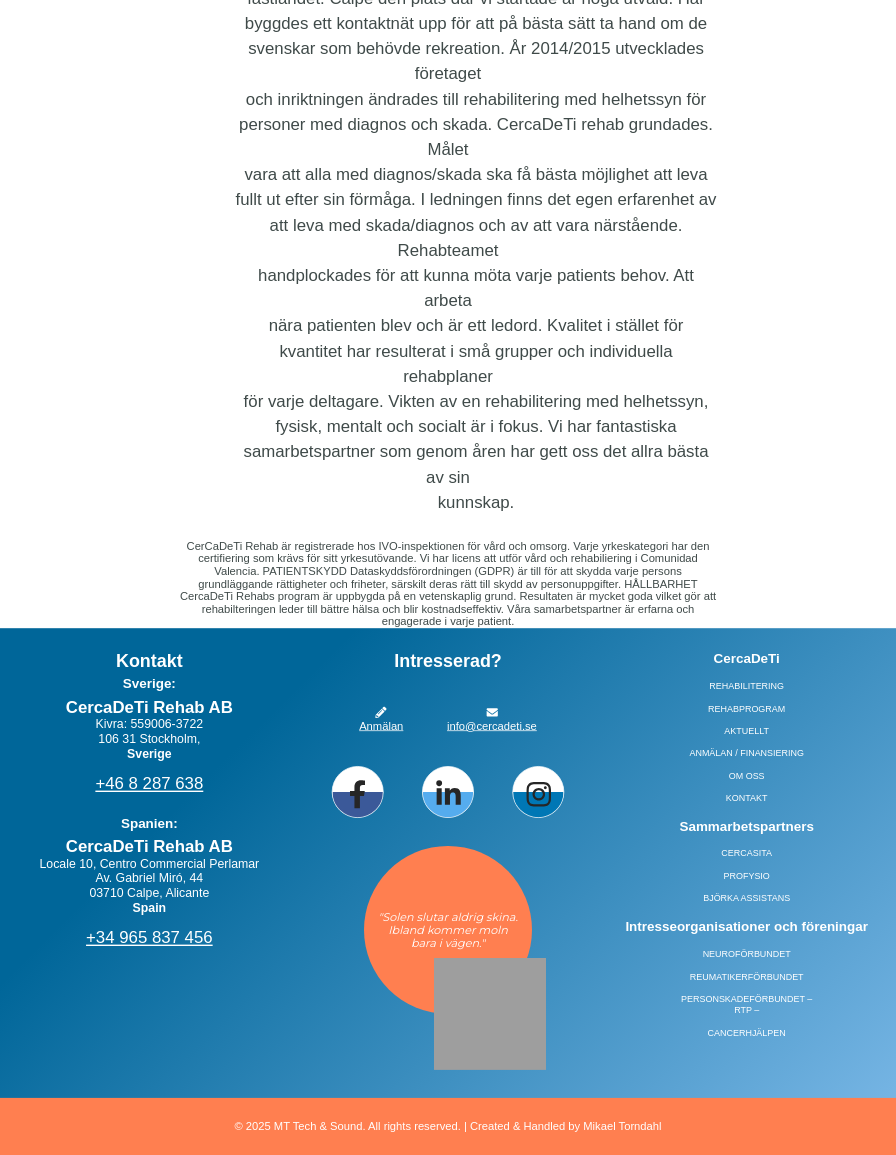
Repository: micketorndahl/CercaDeTi-rehab
Page: om-oss.html
An editor plug-in stored every save of this project. The page is shown before and after the next save, followed by the edit.
The browser window is 1280 px wide. The pictures show the part of the page from y = 1029 to 2949 px (the page is 2679 px tall before and 2949 px after), at 70% of full size.
Pictures or frames that could not be fetched are drawn as grey boxes. The page's requests for data from a server got no answer. Backgrounds fixed to the window are drawn as part of the page. Some web fonts or font styles are not loaded; a fallback is used. Some web libraries are served in a nearby version.

Above is the page before, as saved 2025-02-01 22:52:34.
Console error: TypeError: Cannot read properties of null (reading 'addEventListener')

### om-oss.html
<!DOCTYPE html>
<html lang="en">
  <head>
    <meta charset="UTF-8" />
    <meta name="viewport" content="width=device-width, initial-scale=1.0" />

    <link
      rel="stylesheet"
      href="https://use.fontawesome.com/releases/v5.6.3/css/all.css"
      integrity="sha384-UHRtZLI+pbxtHCWp1t77Bi1L4ZtiqrqD80Kn4Z8NTSRyMA2Fd33n5dQ8lWUE00s/"
      crossorigin="anonymous"
    />

    <script src="https://cdnjs.cloudflare.com/ajax/libs/font-awesome/5.15.4/js/all.min.js"></script>

    <link rel="stylesheet" href="style.css" />
    <link rel="stylesheet" href="tailwind.css" />
    <title>CercaDeTi Rehab</title>
  </head>
  <body>
    <div class="site-container">
      <header class="header">
        <div class="logo-wrapper">
          <div class="logo">
            <div class="logo-and-text">
              <a href="index.html">
                <img src="/images/cropped-CDTR.gif" alt="Logo" />
                <h1 class="cercadeti">CercaDeTi Rehab</h1>
              </a>
            </div>
          </div>
        </div>

        <nav class="main-nav">
          <div class="nav-container">
            <ul>
              <li>
                <a href="rehabilitering.html">Rehabilitering</a>
              </li>
              <li><a href="rehabprogram.html">Rehabprogram</a></li>
              <li><a href="aktuellt.html">Aktuellt</a></li>
              <li><a href="anmalan-finans.html">Anmälan / Finansiering</a></li>
              <li><a href="om-oss.html" class="active">Om oss</a></li>
              <li><a href="kontakt.html">Kontakt</a></li>
            </ul>
          </div>
        </nav>

        <div class="social-container">
          <div class="social">
            <ul>
              <li>
                <a href="https://www.facebook.com/CercadetiRehab/"
                  ><i class="fab fa-facebook-f icon"></i
                ></a>
              </li>
              <li>
                <a href="https://www.linkedin.com/company/cercadeti-rehab-ab"
                  ><i class="fab fa-linkedin-in icon"></i
                ></a>
              </li>
              <li>
                <a href="https://www.instagram.com/cercadetirehab/"
                  ><i class="fab fa-instagram icon"></i
                ></a>
              </li>
            </ul>
          </div>
        </div>
      </header>

      <div class="banner" id="banner-om-oss">
        <div class="banner-content">
          <h2 class="slogan">Om oss</h2>
          <div class="ctas-container">
            <a href="#company" class="button-CTA">Företag</a>
            <a href="#personal" class="button-CTA">Personal</a>
          </div>
        </div>
      </div>

      <div class="content">
        <aside class="sidebar-left"></aside>
        <section class="main">
          <h2>CercaDeTi Rehab</h2>
          <p>
            CercaDeTi grundades 2012 i syfte att anordna rekreation på spanska
            fastlandet. Calpe den plats där vi startade är noga utvald. Här
            byggdes ett kontaktnät upp för att på bästa sätt ta hand om de
            svenskar som behövde rekreation. År 2014/2015 utvecklades företaget
            och inriktningen ändrades till rehabilitering med helhetssyn för
            personer med diagnos och skada. CercaDeTi rehab grundades. Målet
            vara att alla med diagnos/skada ska få bästa möjlighet att leva
            fullt ut efter sin förmåga. I ledningen finns det egen erfarenhet av
            att leva med skada/diagnos och av att vara närstående. Rehabteamet
            handplockades för att kunna möta varje patients behov. Att arbeta
            nära patienten blev och är ett ledord. Kvalitet i stället för
            kvantitet har resulterat i små grupper och individuella rehabplaner
            för varje deltagare. Vikten av en rehabilitering med helhetssyn,
            fysisk, mentalt och socialt är i fokus. Vi har fantastiska
            samarbetspartner som genom åren har gett oss det allra bästa av sin
            kunnskap.
          </p>
          CerCaDeTi Rehab är registrerade hos IVO-inspektionen för vård och
          omsorg. Varje yrkeskategori har den certifiering som krävs för sitt
          yrkesutövande. Vi har licens att utför vård och rehabiliering i
          Comunidad Valencia. PATIENTSKYDD Dataskyddsförordningen (GDPR) är till
          för att skydda varje persons grundläggande rättigheter och friheter,
          särskilt deras rätt till skydd av personuppgifter. HÅLLBARHET
          CercaDeTi Rehabs program är uppbygda på en vetenskaplig grund.
          Resultaten är mycket goda vilket gör att rehabilteringen leder till
          bättre hälsa och blir kostnadseffektiv. Våra samarbetspartner är
          erfarna och engagerade i varje patient.
        </section>
        <aside class="sidebar-right">
          <h3></h3>
          <p></p>
        </aside>
      </div>

      <!-- FOOTER START -->
      <footer class="footer-container">
        <div class="footer-top">
          <div class="footarea1 footer-shared">
            <h3>Kontakt</h3>

            <address class="address-shared address-se">
              <h5>Sverige:</h5>
              <strong
                ><span class="address-company-name"
                  >CercaDeTi Rehab AB</span
                ></strong
              ><br />
              <span class="address-location">Kivra: 559006-3722</span><br />
              <span class="address-city">106 31 Stockholm,</span><br />
              <span class="address-country"
                ><strong>Sverige</strong><br
              /></span>
              <br />
              <span class="telephone"
                ><a href="tel:+468287638">+46 8 287 638</a></span
              >
            </address>

            <div class="address-shared address-es">
              <address>
                <h5>Spanien:</h5>
                <strong
                  ><span class="address-company-name"
                    >CercaDeTi Rehab AB</span
                  > </strong
                ><br />
                <span class="address-location"
                  >Locale 10, Centro Commercial Perlamar</span
                ><br />
                <span class="address-street">Av. Gabriel Miró, 44</span><br />
                <span class="address-city">03710 Calpe, Alicante<br /></span>
                <span class="address-country"
                  ><strong>Spain</strong><br
                /></span>
                <br />
                <span class="telephone"
                  ><a href="tel:+34965837456">+34 965 837 456</a></span
                >
              </address>
            </div>
          </div>
          <div class="footarea2 footer-shared">
            <h3>Intresserad?</h3>
            <div class="footarea2-links">
              <a href="anmalan-form.html"
                ><i class="fas fa-pencil-alt"></i> Anmälan</a
              >
              <a href="mailto:info@cercadeti.se"
                ><i class="fas fa-envelope"></i> info@cercadeti.se</a
              >
            </div>
            <div class="social-footer">
              <ul>
                <li>
                  <a href="https://www.facebook.com/CercadetiRehab/">
                    <i class="fab fa-facebook-f icon"></i>
                  </a>
                </li>

                <li>
                  <a href="https://www.linkedin.com/company/cercadeti-rehab-ab"
                    ><i class="fab fa-linkedin-in icon"></i
                  ></a>
                </li>
                <li>
                  <a href="https://www.instagram.com/cercadetirehab/"
                    ><i class="fab fa-instagram icon"></i
                  ></a>
                </li>
              </ul>
            </div>
            <div class="image-container-footer">
              <div class="image-wrapper">
                <p class="footer-quote">
                  "Solen slutar aldrig skina. Ibland kommer moln bara i vägen."
                </p>
                <img src="images/weelchair.icon.png" alt="wheelchair-icon" />
              </div>
            </div>
          </div>
          <div class="footarea3 footer-shared">
            <nav class="footer-nav">
              <div class="link-column1">
                <h4>CercaDeTi</h4>
                <ul>
                  <li><a href="rehabilitering.html">Rehabilitering</a></li>
                  <li><a href="rehabprogram.html">Rehabprogram</a></li>
                  <li><a href="aktuellt.html">Aktuellt</a></li>
                  <li>
                    <a href="anmalan-finans.html">Anmälan / Finansiering</a>
                  </li>
                  <li><a href="om-oss.html">Om oss</a></li>
                  <li><a href="kontakt.html">Kontakt</a></li>
                </ul>
              </div>

              <div class="link-column2">
                <h4>Sammarbetspartners</h4>
                <ul>
                  <li><a href="https://cercasita.com/">Cercasita</a></li>
                  <li><a href="https://profysio.es/">ProFysio</a></li>
                  <li>
                    <a href="https://www.bjorka-assistans.se/"
                      >Björka Assistans</a
                    >
                  </li>
                </ul>
              </div>

              <div class="link-column3">
                <h4>Intresseorganisationer och föreningar</h4>
                <ul>
                  <li><a href="https://neuro.se/">Neuroförbundet</a></li>
                  <li>
                    <a href="https://reumatiker.se/">Reumatikerförbundet</a>
                  </li>
                  <li>
                    <a href="https://rtp.se/">Personskadeförbundet – RTP – </a>
                  </li>
                  <li>
                    <a href="http://www.cancerhjalpen.se/">Cancerhjälpen</a>
                  </li>
                </ul>
              </div>
            </nav>
          </div>
        </div>
        <div class="footer-bottom">
          <div class="copyright">
            &copy; 2025 MT Tech &amp; Sound. All rights reserved. | Created
            &amp; Handled by Mikael Torndahl
          </div>
          <div class="additional-info"></div>
        </div>
      </footer>
      <!-- FOOTER END -->
    </div>
    <!-- SCRIPT SRCS -->
    <script src="js/script.js"></script>
    <script src="js/weather-api.js"></script>
  </body>
</html>

### style.css
@import url("css/reset.css");
@import url("css/standard.css");
@import url("css/variables.css");
@import url("css/typography.css");
@import url("css/layout.css");
@import url("css/navigation.css");
@import url("css/post.css");
@import url("css/footer.css");
@import url("css/searchbox.css");
@import url("css/page-templates.css");
@import url("css/mq-tablet.css");
@import url("css/mq-phone.css");
@import url("css/effects.css");

### css/standard.css
/*
/* STANDARD
*/

html {
  scroll-behavior: smooth;
}

a {
  text-decoration: none;
}

[class*="fa"]:not([class*="fab"]) {
  display: block;
  margin: 0 auto;
  padding: 0.2rem;
}

### css/variables.css
/*
/* VARIABLES */
/*
*/

@import url("https://fonts.googleapis.com/css2?family=Titillium+Web:wght@100;200;300;400;500;600;700;800;900&family=Pontano+Sans&family=Oswald:wght@200;300;400;500;600;700&family=Lato:wght@100;300;400;700;900&family=Roboto:wght@100;300;400;500;700;900&family=Open+Sans:wght@300;400;600;700;800&family=Raleway:wght@100;200;300;400;500;600;700;800;900&family=Montserrat:wght@100;200;300;400;500;600;700;800;900&family=Poppins:wght@100;200;300;400;500;600;700;800;900&family=Nunito:wght@200;300;400;600;700;800;900&family=Lora:wght@400;500;600;700&family=Merriweather:wght@300;400;700;900&family=Playfair+Display:wght@400;500;600;700;800;900&family=Crimson+Text:wght@400;600;700&family=Josefin+Sans:wght@100;200;300;400;500;600;700&family=Cabin:wght@400;500;600;700&family=Alegreya:wght@400;500;600;700;800;900&family=Cormorant:wght@300;400;500;600;700&family=Cinzel:wght@400;500;600;700;800;900&family=Bitter:wght@400;500;600;700&family=Arvo:wght@400;500;600;700&family=Abril+Fatface&family=Caveat:wght@400;500;600;700&family=Dancing+Script:wght@400;500;600;700&family=Great+Vibes&display=swap");
@import url("https://fonts.googleapis.com/css2?family=Alata&display=swap");

:root {
  /* Colors */
  --background-color-dark: #1a1a1a;
  --background-color-white: #fff;
  --background-color-white2: #f8f8ff;
  --background-color-white3: hsl(0, 0%, 98%);
  --background-color-light-blue: hsl(200, 100%, 50%);
  --background-color-light-blue2: hsl(200, 100%, 40%);
  --background-color-blue: linear-gradient(
    135deg,
    var(--color-quaternary) 25%,
    var(--color-tertiary) 100%
  );
  --background-color-blue2: hsl(200, 100%, 30%);
  --background-color-blue3: hsla(200, 62.3%, 47.8%, 0.8);
  --background-color-white: hsla(0, 0%, 100%, 0.7);
  --color-primary: hsl(200, 100%, 40%);
  --color-secondary: #ff7f50;
  --color-tertiary: #7cb9e8;
  --color-quaternary: hsl(200, 100%, 30%);
  --color-five: rgb(232, 73, 10);
  --color-six: hsl(200, 88.1%, 16.5%);
  --text-light: rgb(244, 244, 244);
  --text-gray: #3f4a49;
  --text-dark: #0d0d0d;
  --dimwhite: #eee;
  --dullwhite: hsla(0, 0%, 100%, 0.8);
  --white: #fff;
  --ghost-white: #f8f8ff;
  --black: #000;
  --dark: #222;
  --darkgray: #a9a9a9;
  --darkgray2: #333333;
  --charcoal: #4a4a4a;
  --gray-paragraph: hsla(174.55, 8.03%, 26.86%, 1);
  --hovercolor: rgba(0, 0, 0, 0.06);

  /* Fonts */

  --font-primary: "Titillium Web", sans-serif;
  --font-secondary: "Pontano Sans", sans-serif;
  --font-tertiary: "Oswald", sans-serif;
  --font-quaternary: "Lato", sans-serif;
  --font-five: "Roboto", sans-serif;
  --font-six: "Open Sans", sans-serif;
  --font-seven: "Raleway", sans-serif;
  --font-eight: "Montserrat", sans-serif;
  --font-nine: "Poppins", sans-serif;
  --font-ten: "Nunito", sans-serif;
  --font-eleven: "Lora", serif;
  --font-twelve: "Merriweather", serif;
  --font-thirteen: "Playfair Display", serif;
  --font-fourteen: "Crimson Text", serif;
  --font-fifteen: "Josefin Sans", sans-serif;
  --font-sixteen: "Cabin", sans-serif;
  --font-seventeen: "Alegreya", serif;
  --font-eighteen: "Cormorant", serif;
  --font-nineteen: "Cinzel", serif;
  --font-twenty: "Bitter", serif;
  --font-twentyone: "Arvo", serif;
  --font-twentytwo: "Abril Fatface", cursive;
  --font-twentythree: "Caveat", cursive;
  --font-twentyfour: "Dancing Script", cursive;
  --font-twentyfive: "Great Vibes", cursive;
  --font-twentysix: "Alata", sans-serif;
}

### css/typography.css
/*
/* HEADLINES
*/

body {
  background-color: var(--white);
  color: var(--gray-paragraph);
  font-style: normal;
}

.content p,
.container-index p {
  font-size: 1.5rem;
  font-weight: 300;
  white-space: pre-wrap;
  text-align: center;
  margin: 0.5rem;
  word-wrap: break-word;
  line-height: 1.5;
}

body,
.content p,
container-index p,
.address-company-name,
address span,
h1,
h2,
h3,
h4,
h5,
h6 {
  font-family: var(--font-secondary), sans-serif;
  margin: 0;
  padding: 0;
}

h1,
h2,
h3,
h4,
h5,
h6 {
  font-weight: bold;
}

h1 {
  font-size: 2rem;
}
h2 {
  font-size: calc(5rem + 1vw);
}

h3 {
  font-size: 1.6rem;
  color: var(--white);
  margin-bottom: 0.5rem;
}
h4 {
  font-size: 1.2rem;
  color: var(--white);
  margin-bottom: 0.5rem;
}
h5 {
  font-size: 1.2rem;
  font-style: normal;
  padding: 0;
}
h6 {
  font-size: 1rem;
}

.banner-content h2 {
  font-family: var(--font-ten), sans-serif;
  font-size: 6rem;
  font-style: bold;
  line-height: 1.2;
  margin-top: 0.5rem;
  color: var(--white);
}

.address-company-name {
  font-size: 1.5rem;
  font-weight: bold;
  font-style: normal;
}

address span {
  font-style: normal;
  font-size: 1.1rem;
  font-weight: 400;
  margin: 0;
  padding: 0;
}

.info-text {
  color: var(--darkgray);
}

### css/navigation.css
/* NAV */

.main-nav {
  display: flex;
  justify-content: center;
  align-items: center;
  padding: 0;
  flex-grow: 0;
  flex-shrink: 0;
}

nav.main-nav ul {
  display: flex;
  margin: 0;
  padding: 0;
}

nav.main-nav ul li {
  list-style: none;
  margin: 0 1rem;
}

.main-nav a {
  position: relative;
  display: inline-block;
  padding: 0.5rem;
  text-decoration: none;
  transition: color 0.2s ease-in-out;
}

nav.main-nav ul li a {
  font-family: var(--font-secondary), sans-serif;
  font-size: 18px;
  font-weight: 400;
  line-height: 1rem;
  /* Slightly darker default color */
  color: var(--dullwhite);
  text-decoration: none;
  transition: all 0.4s ease-in-out;
}

nav.main-nav ul li a:hover {
  color: var(--white); /* Brighter on hover */
}

nav.main-nav ul li a.active {
  color: var(--white); /* Brightest when active */
}

nav.main-nav ul li a.active::after {
  content: "";
  position: absolute;
  left: 0;
  bottom: -4px;
  width: 100%;
  height: 1px; /* Adjusted height here */
  background-color: var(--white);
  border-radius: 2px;
  transition: transform 0.3s ease, background-color 0.3s ease;
}

/* Hover underline that grows from the left */
nav.main-nav ul li a::after {
  content: "";
  position: absolute;
  left: 0;
  bottom: -4px;
  width: 0;
  height: 1px;
  background-color: var(--white);
  border-radius: 2px;
  transition: width 0.6s ease, background-color 0.6s ease;
  opacity: 0;
}

nav.main-nav ul li a:hover::after {
  width: 100%;
  opacity: 1;
  height: 1px;
}

/* Active link styles */
nav.main-nav ul li a.active::after {
  width: 100%;
  height: 2px; /* Adjusted height here */
  opacity: 1;
}

.social-container {
  display: flex;
  justify-content: center;
  align-items: center;
  flex-grow: 1;
  flex-shrink: 1;
}

.social ul {
  display: flex;
  justify-content: space-evenly;
  margin: 0;
}

.social li {
  margin: 0.5rem;
}

.ctas-container {
  display: flex; /* Aligns buttons side by side */
  justify-content: center;
  align-items: center;
}

### css/post.css
/*
/* POST */
/*

### css/footer.css
/* FOOTER */

footer.footer-container {
  display: flex;
  flex-direction: column; /* Stack footer sections vertically */
  justify-content: space-around; /* Space sections evenly */
  margin-top: auto;
  background: var(--background-color-blue);
  box-shadow: 0 1px 3px rgba(0, 0, 0, 0.1), 0 1px 2px rgba(0, 0, 0, 0.06);
}

.footer-top {
  /* New wrapper for the top sections */
  display: flex;
  justify-content: space-around;
}

footer .footarea1,
footer .footarea2,
footer .footarea3 {
  flex: 1;
}

footer .footarea1 {
  text-align: center;
}

.footarea1 a,
.footarea2 a {
  display: inline-block;
  color: var(--white);
  text-decoration: underline;
  transition: all 0.4s ease-in-out;
}

.footarea1 a:hover {
  transform: scale(1.2);
}

footer .footarea2 {
  display: flex;
  flex-direction: column;
  text-align: center;
}

footer .footarea2 img {
  width: 10rem;
  height: 10rem;
  text-align: center;
  padding: 5rem;
  margin: 0 auto;
}

.footarea2-links {
  display: flex;
  flex-direction: row;
  justify-content: space-evenly;
  align-items: center;
  margin: 0;
  padding: 2rem;
}

.footarea2-links a {
  color: var(--white);
  text-decoration: underline;
  padding: 0.5rem;
}

.footarea2-links a:hover {
  padding: 0.5rem;
  transform: scale(1.1);
}

footer .footarea3 {
  text-align: center;
}

footer .footarea3 h3 {
  margin: 0 auto;
  text-align: center;
}

footer .footarea3 a {
  color: var(--white);
}

.footarea3 ul {
  margin: 0.8rem 0;
  padding: 0;
}

.footarea3 ul li {
  margin: 0.8rem 0;
}

.footer-nav ul li a {
  font-family: var(--font-twentysix), sans-serif;
  font-style: normal;
  font-weight: 400;
  line-height: 1rem;
  color: var(--white);
  text-decoration: none;
  text-transform: initial;
  transition: color 0.3s ease;
}

.social-footer ul {
  display: flex;
  flex-direction: row;
  justify-content: space-evenly;
  align-items: center;
  margin: 0;
  padding: 0;
}

.social-footer li {
  margin: 0.5rem;
}

.address-shared {
  font-size: 1rem;
  padding: 0;
  margin-bottom: 2rem;
  color: var(--white);
}

.address-shared h5 {
  margin: 0.5rem;
  padding: 0;
}

address a {
  text-decoration: none;
  color: var(--white);
}

.address-city {
  margin-bottom: 15px;
}

.telephone {
  font-size: 1.5rem;
}

.footer-shared {
  padding-top: 2rem;
}

.image-container-footer {
  width: 15rem;
  height: 15rem;
  background-color: var(--color-secondary);
  padding: 0;
  margin: 2rem auto;
  border-radius: 50%;
  display: flex;
  justify-content: center;
  align-items: center;
  position: relative;
  margin-bottom: 2rem; /* Add some space between circle and bottom */
}

.image-container-footer img {
  position: absolute;
  bottom: -160px;
  right: -100px;
  padding: 0; /* Reset padding */
  margin: 0; /* Reset margin */
}

.footer-quote {
  font-family: var(--font-eight), sans-serif;
  font-size: 1rem;
  font-style: italic;
  color: var(--white);
  padding: 0.5rem;
  margin: 0.5rem;
}

.footer-bottom {
  background-color: var(--color-secondary); /* Or match footer background */
  color: var(--white);
  padding: 2rem 0; /* Add some padding top and bottom */
  margin-top: 4rem;
  text-align: center; /* Center the text */
  display: flex;
  flex-direction: column; /* Stack copyright and info */
  align-items: center; /* Center horizontally */
}

### css/searchbox.css
/*
/* SEARCHBOX */
/*

### css/mq-tablet.css
/*
/* MQ-TABLET */
/*

### css/mq-phone.css
/*
/* MQ-PHONE*/
/*

Loaded but not shown: tailwind.css (library); js/script.js (117 lines, source omitted); js/weather-api.js (90 lines, source omitted); css/page-templates.css (379 lines, source omitted); css/layout.css (358 lines, source omitted); css/reset.css (364 lines, source omitted); css/effects.css (235 lines, source omitted)

After the next save:
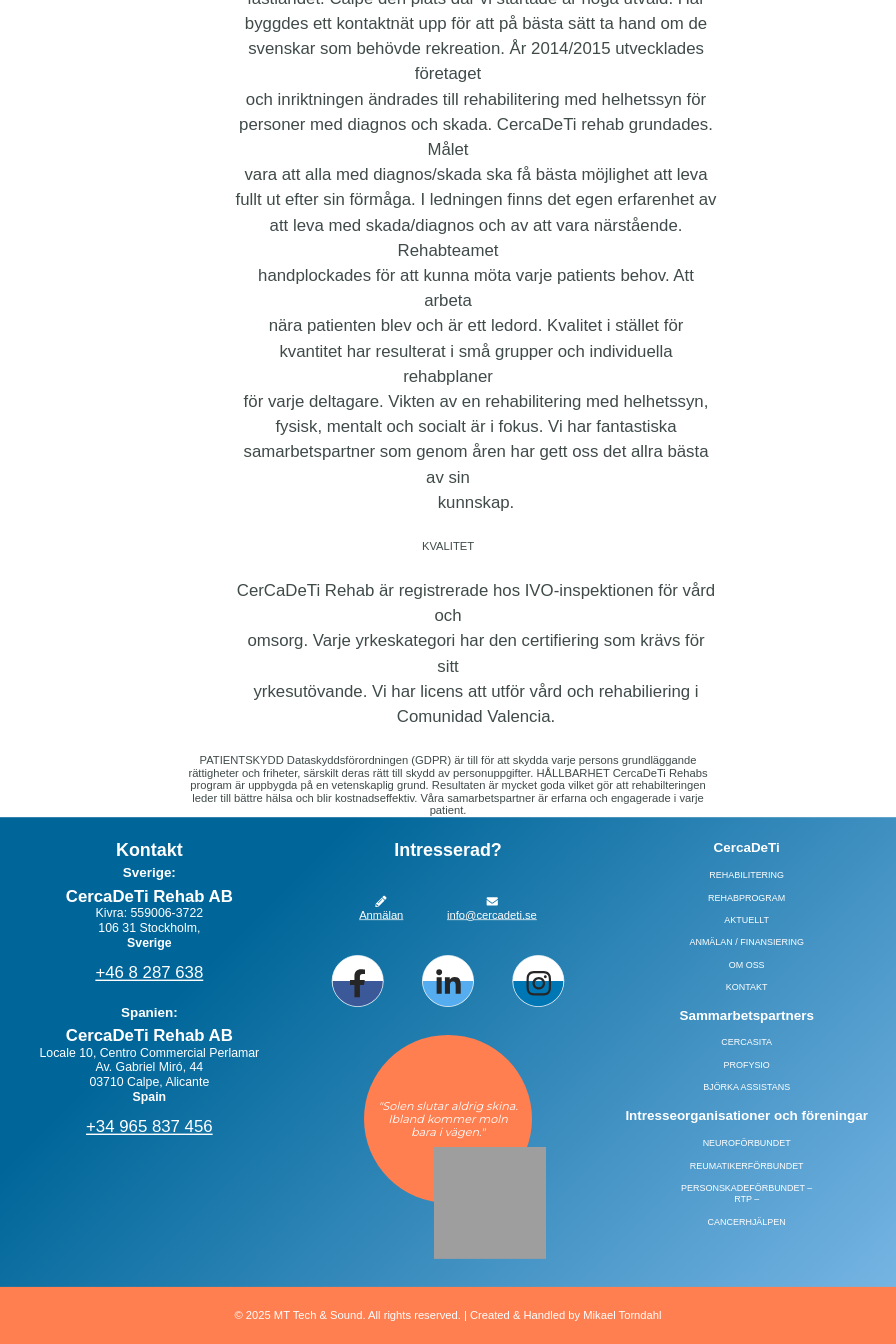
Saved 36 s later.
--- a/om-oss.html
+++ b/om-oss.html
@@ -101,16 +101,22 @@
             samarbetspartner som genom åren har gett oss det allra bästa av sin
             kunnskap.
           </p>
-          CerCaDeTi Rehab är registrerade hos IVO-inspektionen för vård och
-          omsorg. Varje yrkeskategori har den certifiering som krävs för sitt
-          yrkesutövande. Vi har licens att utför vård och rehabiliering i
-          Comunidad Valencia. PATIENTSKYDD Dataskyddsförordningen (GDPR) är till
-          för att skydda varje persons grundläggande rättigheter och friheter,
-          särskilt deras rätt till skydd av personuppgifter. HÅLLBARHET
-          CercaDeTi Rehabs program är uppbygda på en vetenskaplig grund.
-          Resultaten är mycket goda vilket gör att rehabilteringen leder till
-          bättre hälsa och blir kostnadseffektiv. Våra samarbetspartner är
-          erfarna och engagerade i varje patient.
+          KVALITET
+
+          <p>
+            CerCaDeTi Rehab är registrerade hos IVO-inspektionen för vård och
+            omsorg. Varje yrkeskategori har den certifiering som krävs för sitt
+            yrkesutövande. Vi har licens att utför vård och rehabiliering i
+            Comunidad Valencia.
+          </p>
+
+          PATIENTSKYDD Dataskyddsförordningen (GDPR) är till för att skydda
+          varje persons grundläggande rättigheter och friheter, särskilt deras
+          rätt till skydd av personuppgifter. HÅLLBARHET CercaDeTi Rehabs
+          program är uppbygda på en vetenskaplig grund. Resultaten är mycket
+          goda vilket gör att rehabilteringen leder till bättre hälsa och blir
+          kostnadseffektiv. Våra samarbetspartner är erfarna och engagerade i
+          varje patient.
         </section>
         <aside class="sidebar-right">
           <h3></h3>
